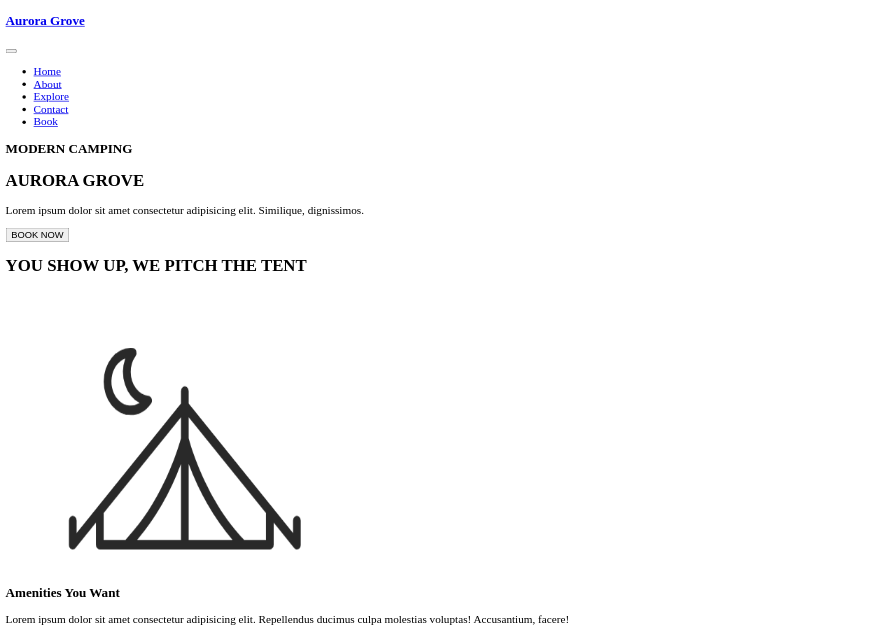
Repository: minhtien9/AuroraGrove
Page: index.html
An editor plug-in stored every save of this project. The page is shown before and after the next save, followed by the edit.
The browser window is 1280 px wide. The pictures show the whole page, at 70% of full size.
The style sheet was rebuilt from its Sass, Less or Tailwind sources for each picture, by a compiler version that may differ from the author's.

Above is the page before, as saved 2021-12-04 13:40:02.

### index.html
<!DOCTYPE html>
<html lang="en">
    <head>
        <meta charset="UTF-8" />
        <meta http-equiv="X-UA-Compatible" content="IE=edge" />
        <meta name="viewport" content="width=device-width, initial-scale=1.0" />
        <link
            rel="stylesheet"
            href="https://cdnjs.cloudflare.com/ajax/libs/font-awesome/6.0.0-beta3/css/all.min.css"
            integrity="sha512-Fo3rlrZj/k7ujTnHg4CGR2D7kSs0v4LLanw2qksYuRlEzO+tcaEPQogQ0KaoGN26/zrn20ImR1DfuLWnOo7aBA=="
            crossorigin="anonymous"
            referrerpolicy="no-referrer"
        />
        <!-- GOOGLE FONT -->
        <link rel="preconnect" href="https://fonts.googleapis.com" />
        <link rel="preconnect" href="https://fonts.gstatic.com" crossorigin />
        <link
            href="https://fonts.googleapis.com/css2?family=Open+Sans:wght@300&family=Raleway:wght@100;300;500;700&display=swap"
            rel="stylesheet"
        />
        <link
            href="https://fonts.googleapis.com/css2?family=Questrial&display=swap"
            rel="stylesheet"
        />
        <link rel="stylesheet" href="css/main.css" />
        <title>Aurora Grove</title>
    </head>
    <body>
        <!-- Navbar -->
        <nav class="navbar navbar-expand-md navbar-dark">
            <a href="#" class="navbar-brand">
                <h3 class="mb-0">Aurora Grove</h3>
            </a>
            <button
                class="navbar-toggler"
                data-toggle="collapse"
                data-target="#mainNavbar"
            >
                <span class="navbar-toggler-icon"></span>
            </button>
            <div class="collapse navbar-collapse" id="mainNavbar">
                <ul class="navbar-nav ml-auto">
                    <li class="nav-item">
                        <a href="#" class="nav-link">Home</a>
                    </li>
                    <li class="nav-item">
                        <a href="#" class="nav-link">About</a>
                    </li>
                    <li class="nav-item">
                        <a href="#" class="nav-link">Explore</a>
                    </li>
                    <li class="nav-item">
                        <a href="#" class="nav-link">Contact</a>
                    </li>
                    <li class="nav-item">
                        <a href="#" class="nav-link">Book</a>
                    </li>
                </ul>
            </div>
        </nav>

        <!-- Section Showcase -->
        <section
            id="showcase"
            class="d-flex justify-content-center align-items-center"
        >
            <div id="overlay"></div>
            <div id="header" class="container text-white text-center">
                <h3 class="display-5 mb-0">MODERN CAMPING</h3>
                <h1 class="display-1">AURORA GROVE</h1>
                <p class="lead d-none d-md-block">
                    Lorem ipsum dolor sit amet consectetur adipisicing elit.
                    Similique, dignissimos.
                </p>
                <button
                    id="book"
                    class="btn btn-lg btn-primary px-5"
                    data-toggle="modal"
                    data-target="#"
                >
                    BOOK NOW
                </button>
            </div>
        </section>

        <!--  -->
        <section>
            <div class="container text-center pt-5">
                <h2>YOU SHOW UP, WE PITCH THE TENT</h2>
                <div class="row">
                    <div class="col-md-4 p-3">
                        <img
                            src="images/icons/tent.png"
                            alt="#"
                            class="img-fluid"
                        />
                        <h3>Amenities You Want</h3>
                        <p class="lead">
                            Lorem ipsum dolor sit amet consectetur adipisicing
                            elit. Repellendus ducimus culpa molestias voluptas!
                            Accusantium, facere!
                        </p>
                    </div>
                </div>
            </div>
        </section>
        <!-- Bootstrap JS -->
        <script
            src="https://cdn.jsdelivr.net/npm/jquery@3.5.1/dist/jquery.slim.min.js"
            integrity="sha384-DfXdz2htPH0lsSSs5nCTpuj/zy4C+OGpamoFVy38MVBnE+IbbVYUew+OrCXaRkfj"
            crossorigin="anonymous"
        ></script>
        <script
            src="https://cdn.jsdelivr.net/npm/bootstrap@4.6.1/dist/js/bootstrap.bundle.min.js"
            integrity="sha384-fQybjgWLrvvRgtW6bFlB7jaZrFsaBXjsOMm/tB9LTS58ONXgqbR9W8oWht/amnpF"
            crossorigin="anonymous"
        ></script>
    </body>
</html>

### scss/main.scss
// combines 2 files

After the next save:
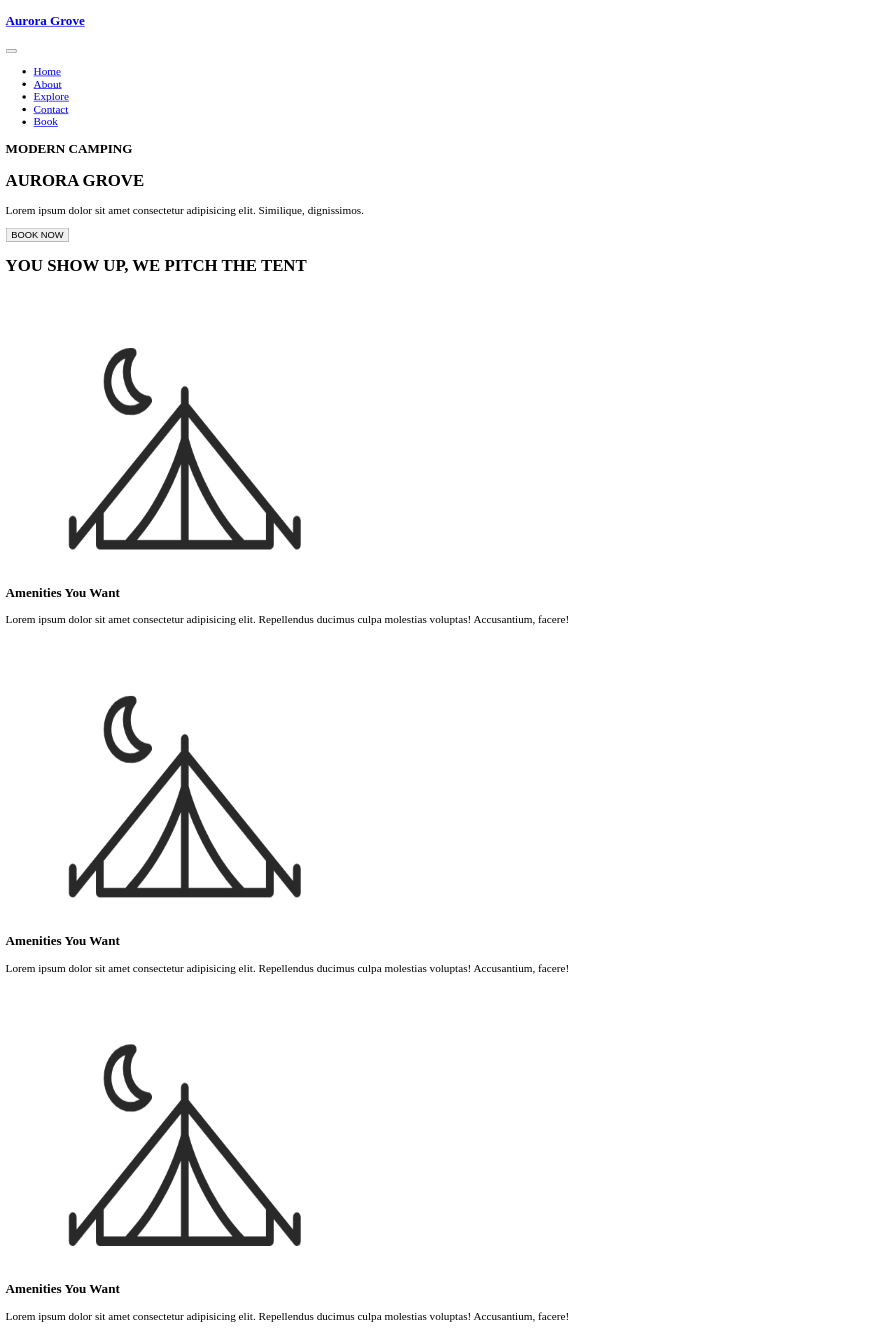
Saved 65 s later.
--- a/index.html
+++ b/index.html
@@ -101,6 +101,32 @@
                             Accusantium, facere!
                         </p>
                     </div>
+                    <div class="col-md-4 p-3">
+                        <img
+                            src="images/icons/tent.png"
+                            alt="#"
+                            class="img-fluid"
+                        />
+                        <h3>Amenities You Want</h3>
+                        <p class="lead">
+                            Lorem ipsum dolor sit amet consectetur adipisicing
+                            elit. Repellendus ducimus culpa molestias voluptas!
+                            Accusantium, facere!
+                        </p>
+                    </div>
+                    <div class="col-md-4 p-3">
+                        <img
+                            src="images/icons/tent.png"
+                            alt="#"
+                            class="img-fluid"
+                        />
+                        <h3>Amenities You Want</h3>
+                        <p class="lead">
+                            Lorem ipsum dolor sit amet consectetur adipisicing
+                            elit. Repellendus ducimus culpa molestias voluptas!
+                            Accusantium, facere!
+                        </p>
+                    </div>
                 </div>
             </div>
         </section>
